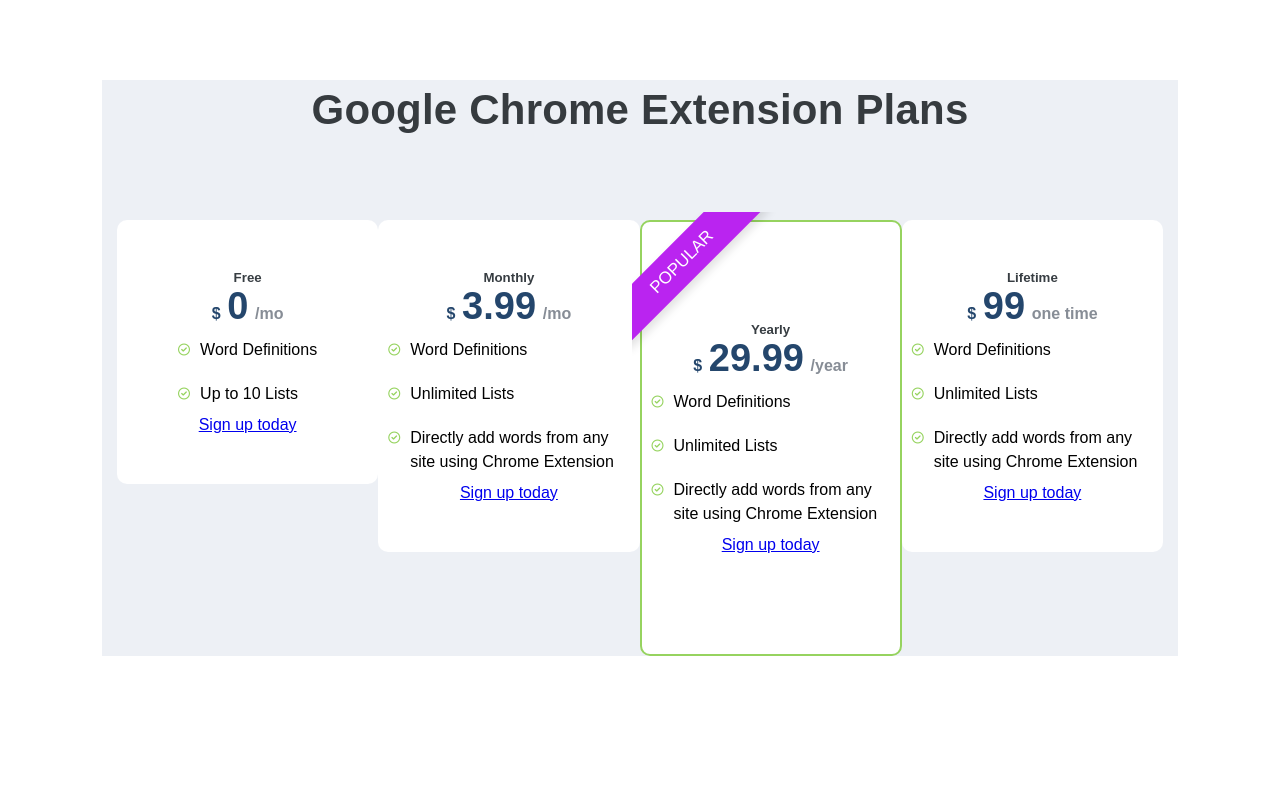
Repository: Novoselets28/chatos-test-task
Page: index.html
An editor plug-in stored every save of this project. The page is shown before and after the next save, followed by the edit.
The browser window is 1280 px wide. The pictures show the whole page.

Above is the page before, as saved 2023-04-19 20:06:36.

### index.html
<!DOCTYPE html>
<html lang="en">
<head>
    <meta charset="UTF-8">
    <meta http-equiv="X-UA-Compatible" content="IE=edge">
    <meta name="viewport" content="width=device-width, initial-scale=1.0">
    <link rel="stylesheet" type="text/css" href="index.css" />
    <link rel="stylesheet" href="https://cdnjs.cloudflare.com/ajax/libs/font-awesome/6.0.0/css/all.min.css">
    <link rel="preconnect" href="https://fonts.googleapis.com">
    <link rel="preconnect" href="https://fonts.gstatic.com" crossorigin>
    <link href="https://fonts.googleapis.com/css2?family=Arimo:wght@400;700&family=Rubik&display=swap" rel="stylesheet">
    <title>Document</title>
</head>
<body>
    <div class="page__extension extension">
        <div class="extension__container _container">
            <div class="extension__header header-block">
                <h2 class="header-block__title">Google Chrome Extension Plans</h2>
            </div>
            <div class="extension__items">
                <!-- Modern pricing table - Free -->
                <div class="extension__item item-extension">
                        <h5 class="item-extension__title">Free</h5>
                        <div class="item-extension__price price-item">
                            <span class="price-item__dollar">$</span>
                            <span class="price-item__number">0</span>
                            <span class="price-item__label">/mo</span>
                        </div>
                        <div class="item-extension__points">
                            <ul class="item-extension__point point-list">
                                <li class="point-list__item">
                                    <i class="icon fa-regular fa-circle-check" style="color: #96d35f;"></i>
                                        Word Definitions
                                </li>
                                <li class="point-list__item">
                                    <i class="icon fa-regular fa-circle-check" style="color: #96d35f;"></i>
                                        Up to 10 Lists
                                </li>
                            </ul>
                        </div>
                        <a href="https://boostvocab.com/register" class="item-extension__button">Sign up today</a>
                </div>
                <!-- END : Modern pricing table - Free -->
                <!-- Modern pricing table - MOnthly -->
                <div class="extension__item item-extension">
                        <h5 class="item-extension__title">Monthly</h5>
                        <div class="item-extension__price price-item">
                            <span class="price-item__dollar">$</span>
                            <span class="price-item__number">3.99</span>
                            <span class="price-item__label">/mo</span>
                        </div>
                        <div class="item-extension__points">
                            <ul class="item-extension__point point-list">
                                <li class="point-list__item">
                                    <i class="icon fa-regular fa-circle-check" style="color: #96d35f;"></i>
                                        Word Definitions
                                </li>
                                <li class="point-list__item">
                                    <i class="icon fa-regular fa-circle-check" style="color: #96d35f;"></i>
                                        Unlimited Lists
                                </li>
                                <li class="point-list__item">
                                    <i class="icon fa-regular fa-circle-check" style="color: #96d35f;"></i>
                                        Directly add words from any site using Chrome Extension
                                </li>
                            </ul>
                        </div>
                        <a target="new" href="https://buy.stripe.com/5kAdRpbLh3k71RS6oo" class="item-extension__button">Sign up today</a>
                </div>
                <!-- END : Modern pricing table - Monthly -->
                <!-- Modern pricing table - Yearly -->
                <div class="extension__item item-extension item-extension_active" style="z-index: 2;">
                        <div class="ribbon"><span>POPULAR</span></div>
                        <div class="extension__item item-extension">
                            <h5 class="item-extension__title">Yearly</h5>
                            <div class="item-extension__price price-item">
                                <span class="price-item__dollar">$</span>
                                <span class="price-item__number">29.99</span>
                                <span class="price-item__label">/year</span>
                            </div>
                            <div class="item-extension__points">
                               <ul class="item-extension__point point-list">
                                    <li class="point-list__item">
                                        <i class="icon fa-regular fa-circle-check" style="color: #96d35f;"></i>
                                            Word Definitions
                                    </li>
                                    <li class="point-list__item">
                                        <i class="icon fa-regular fa-circle-check" style="color: #96d35f;"></i>
                                            Unlimited Lists
                                    </li>
                                    <li class="point-list__item">
                                        <i class="icon fa-regular fa-circle-check" style="color: #96d35f;"></i>
                                            Directly add words from any site using Chrome Extension
                                    </li>
                                </ul>
                            </div>
                            <a target="new" href="https://buy.stripe.com/aEU6oX3eL6wjdAA7st" class="item-extension__button">Sign up today</a>
                        </div>
                </div>
                <!-- END : Modern pricing table - Yearly -->
                <!-- Modern pricing table - Lifetime -->
                <div class="extension__item item-extension">
                        <h5 class="item-extension__title">Lifetime</h5>
                        <div class="item-extension__price price-item">
                            <span class="price-item__dollar">$</span>
                            <span class="price-item__number">99</span>
                            <span class="price-item__label">one time</span>
                        </div>
                        <div class="item-extension__points">
                            <ul class="item-extension__point point-list">
                                <li class="point-list__item">
                                    <i class="icon fa-regular fa-circle-check" style="color: #96d35f;"></i>
                                        Word Definitions
                                </li>
                                <li class="point-list__item">
                                    <i class="icon fa-regular fa-circle-check" style="color: #96d35f;"></i>
                                        Unlimited Lists
                                </li>
                                <li class="point-list__item">
                                    <i class="icon fa-regular fa-circle-check" style="color: #96d35f;"></i>
                                        Directly add words from any site using Chrome Extension
                                </li>
                            </ul>
                        </div>
                        <a target="new" href="https://buy.stripe.com/4gwfZxbLh8Er54428a" class="item-extension__button">Sign up today</a>
                    <!-- END : Modern pricing table - Lifetime -->

                </div>
            </div>
        </div>
    </div>
</body>
</html>

### index.css
*{
    margin: 0;
    padding: 0;
    box-sizing: border-box;
}

.page__extension {

}

.extension{
    padding: 80px 0px 136px 0px;
}

.extension__container{
    background-color: #edf0f5;
}

._container{
    max-width: 1046px;
    padding: 0 15px;
    margin: 0 auto;
    box-sizing: content-box;
    font-family: 'Arimo', sans-serif;
}

.extension__header{
    margin: 0 0 80px 0;
}

.header-block{
    text-align: center;
}

.header-block__title{
    font-size: 42px;
    letter-spacing: 0.2px;
    font-weight: 700;
    line-height: 142%;
    color: #363b3f;
}

.extension__items{
    display: flex;
    align-items: flex-start;
    font-family: inherit;
}

.extension__item{
    flex: 0 1 33.333%;
}

.item-extension{
    display: flex;
    flex-direction: column;
    justify-content: center;
    align-items: center;
    background-color: #fff;
    padding: 50px 0;
    border-radius: 10px;
}

.item-extension_active{
    border: 2px solid #96d35f;
    left: 0px;
    position: relative;
    top: 0px;
}

.ribbon {
    width: 150px;
  height: 150px;
  position: absolute;
  top: -10px;
  left: -10px;
  overflow: hidden;
}

.ribbon span {
    position: absolute;
  top:30px;
  right: 0;
  transform: rotate(-45deg);
  width: 200px;
  background: #ba24f0;
  padding: 10px 0;
  color: #fff;
  text-align: center;
  font-size: 17px;
  box-shadow: 0 5px 10px rgba(0,0,0,0.12);
}

.item-extension__title{
    color: #373d42;
}

.item-extension__price{
    color: #24466c;
}

.price-item{
    margin: 0;
    font-size: 24px;
    font-family: 'Poppins', sans-serif;
    font-weight: bold;
}

.price-item__dollar{
    font-size: 16px;
}

.price-item__number{
    text-transform: uppercase;
    font-size: 38px;
}

.price-item__label{
    color: #878d96;
    font-size: 16px;
}

.item-extension__points{
    display: flex;
    flex-direction: column;
    justify-content: center;
    align-items: center;
    margin: 0 10px;
}

.item-extension__point{
    color: inherit;
    font-weight: 400;
    line-height: 150%;
    font-size: 16px;
    display: flex;
    flex-direction: column;
    justify-content: space-around;
    align-items: center;
}

.point-list{

}

.point-list__item .icon{
    content: "f058";
    font-family: "Font Awesome 6 Free";
    font-size: 12px;
    line-height: 2;
    padding: 0 10px 0 0;
}

.point-list__item{
    list-style-type: none;
    display: flex;
    justify-content: flex-start;
    width: 100%;
    padding: 10px 0;
}

.point-list__icon{

}

.item-extension__button{

}

After the next save:
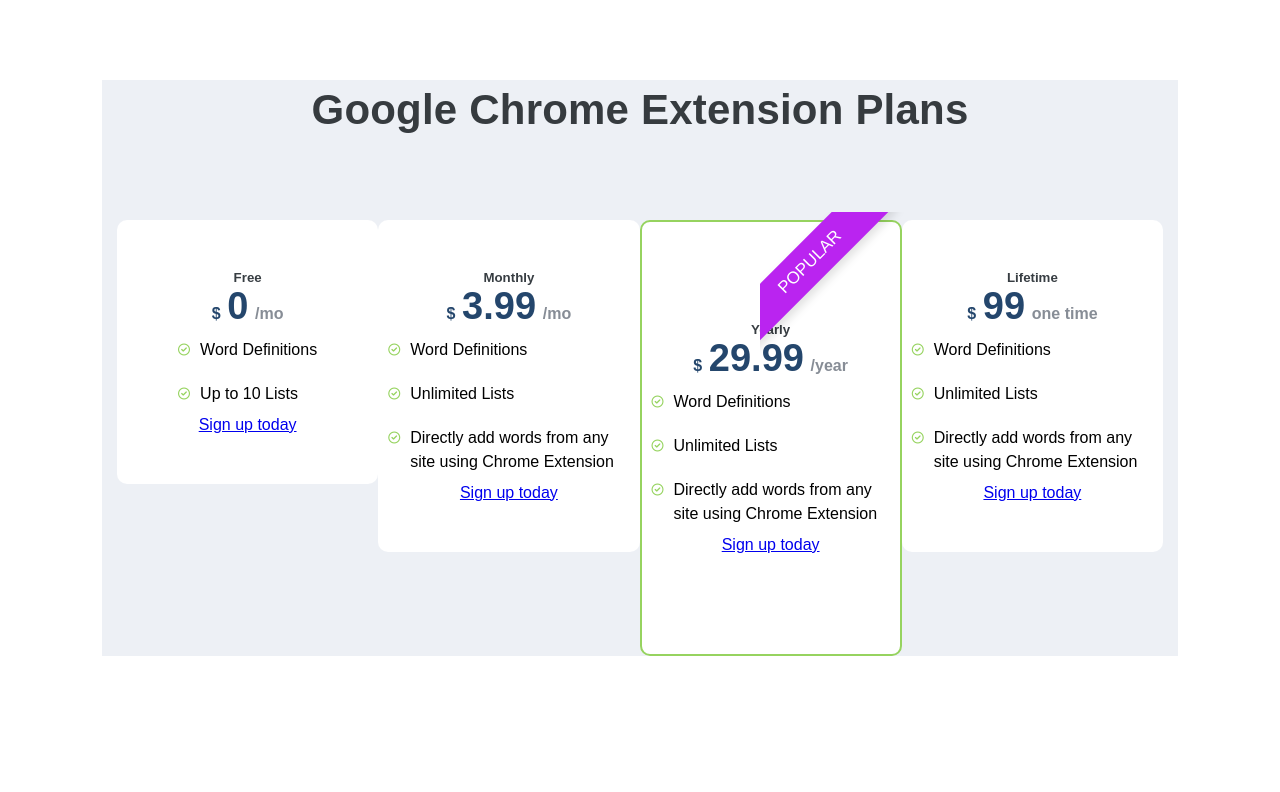
Saved 107 s later.
--- a/index.css
+++ b/index.css
@@ -69,11 +69,11 @@
 
 .ribbon {
     width: 150px;
-  height: 150px;
-  position: absolute;
-  top: -10px;
-  left: -10px;
-  overflow: hidden;
+    height: 150px;
+    position: absolute;
+    top: -10px;
+    right: -10px;
+    overflow: hidden;
 }
 
 .ribbon span {
